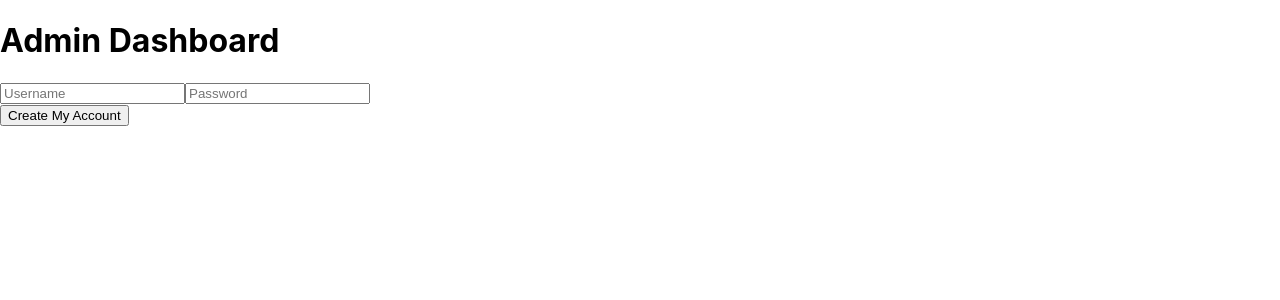
Repository: AfifaNoor/CRUD
Page: /
The author's editor kept a copy of each file at every save. The page is drawn from the files as they stood at one save, then again after the next save.
The browser window is 1280 px wide. The pictures show the whole page.
The project was rebuilt for these pictures with package versions that can differ from the ones it lists, and the page was loaded fresh each time. Also part of the build but not shown: src/AdminPage.css.

Above is the page before, as saved 2025-06-10 14:44:12.

After the next save:
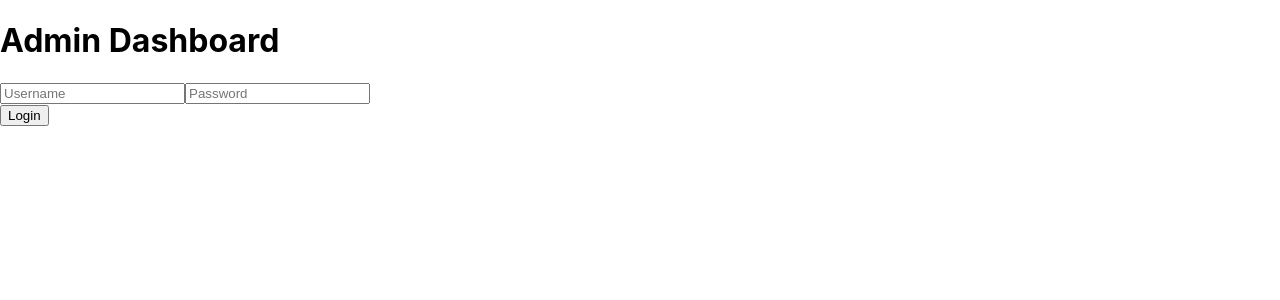
Saved 44 s later.
--- a/src/AdminPage.jsx
+++ b/src/AdminPage.jsx
@@ -28,7 +28,7 @@ const AdminPage = () => {
         <input type='text' placeholder='Username' className='form-input' value={username} onChange={(e)=> setUsername(e.target.value)} required/>
       <input type='password' placeholder='Password'  className='form-input'  value={password} onChange={(e)=> setPassword(e.target.value)}required/>
       <div className="form-button">
-        <button type="submit" >Create My Account</button>
+        <button type="submit" >Login</button>
       </div>
       </form>
 
